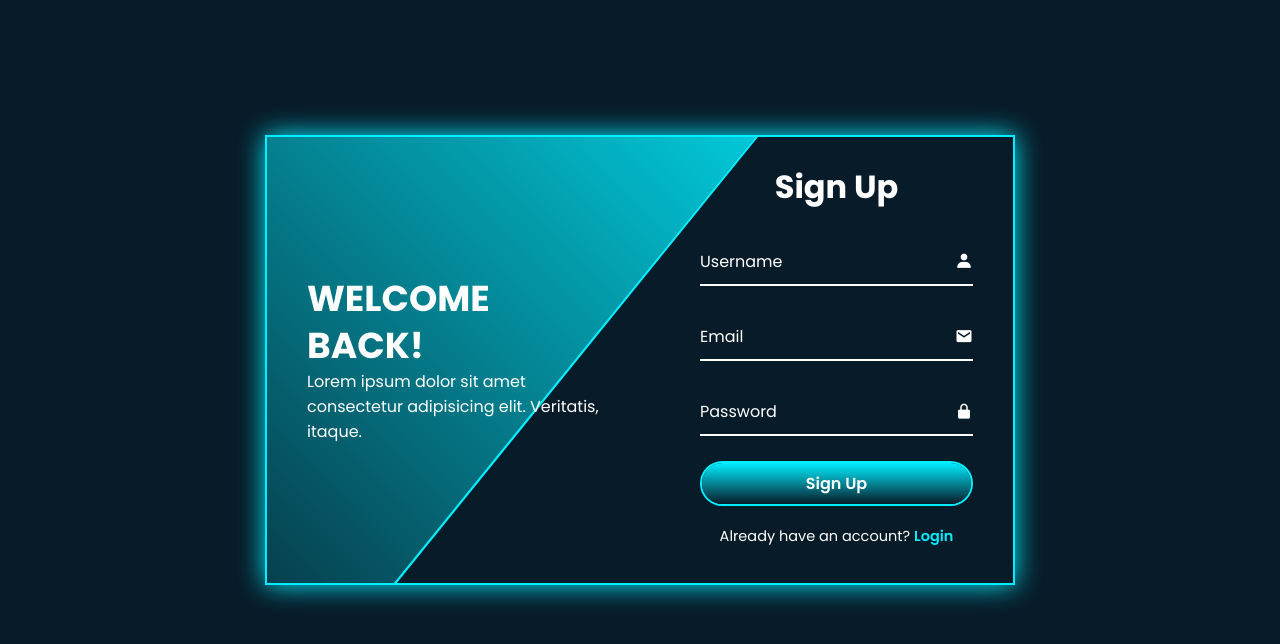
Repository: swastikjhacoder/Login-Registration-HTML
Page: index.html
An editor plug-in stored every save of this project. The page is shown before and after the next save, followed by the edit.
The browser window is 1280 px wide. The pictures show the whole page.

Above is the page before, as saved 2023-09-18 16:05:48.
Not found: js/toastify.js

After the next save:
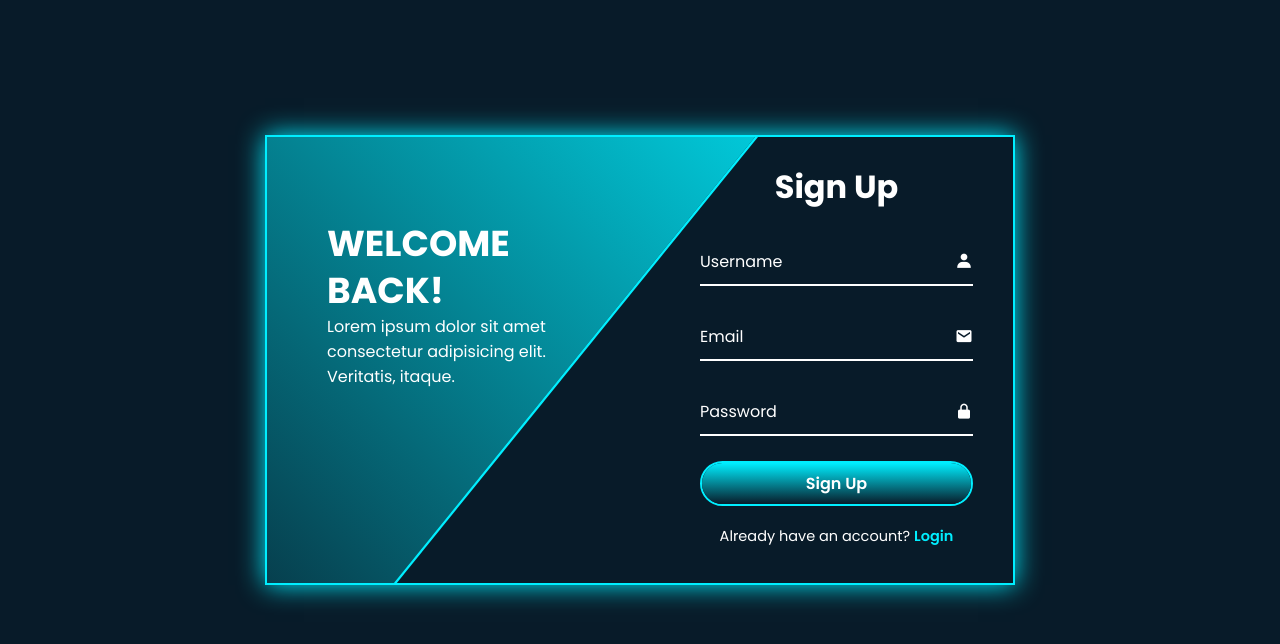
Saved 5 s later.
--- a/style.css
+++ b/style.css
@@ -178,7 +178,7 @@ body {
 .wrapper .info-text.register {
     left: 0;
     text-align: left;
-    padding: 40px ;
+    padding: 40px 60px 150px;
 }
 
 .info-text h2 {
